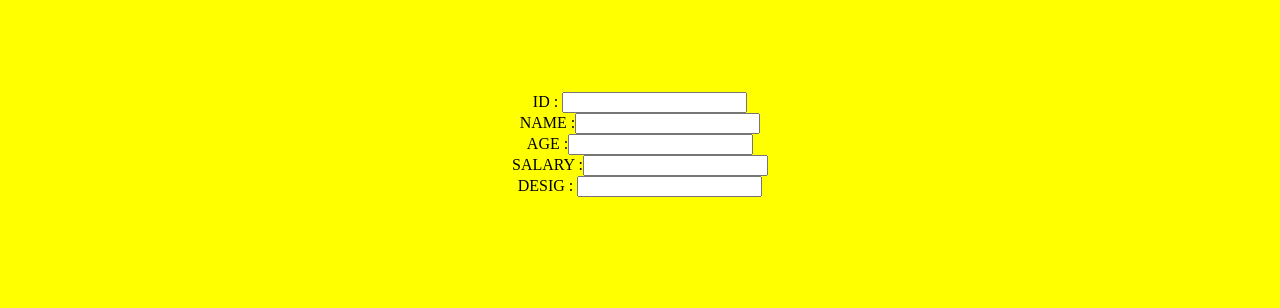
Repository: Thaneshwara848/MyHibernate
Page: ServlerDemo1/src/main/webapp/Register.html
These files come from the project's save history. The page is drawn as it stood at one moment and after the next save; the edit follows.
The browser window is 1280 px wide. The pictures show the whole page.

Above is the page before, as saved 2022-11-02 17:05:21.

### ServlerDemo1/src/main/webapp/Register.html
<!DOCTYPE html>
<html>
<head>
<meta charset="UTF-8">
<title>Insert title here</title>
</head>
<body bgcolor="yellow">
<marquee onmouseover="stop()" onmouseout="start()">
<h1 style="color: red">HI Welcome to WebApplcation </h1>
</marquee>
	<center>
		<form action="">
		ID : <input type="text" name="uid"><br>
		NAME :<input type="text" name="uname"><br>
		AGE :<input type="text" name="uage"><br>
		SALARY  :<input type="text" name="usalary"><br>
		DESIG : <input type="text" name="udesig"><br>



		</form>
	</center>
</body>
</html>

After the next save:
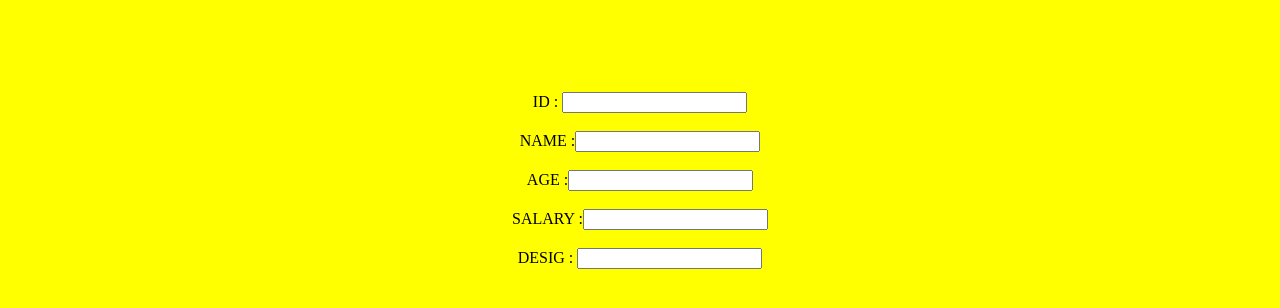
Saved 18 s later.
--- a/ServlerDemo1/src/main/webapp/Register.html
+++ b/ServlerDemo1/src/main/webapp/Register.html
@@ -10,11 +10,11 @@
 </marquee>
 	<center>
 		<form action="">
-		ID : <input type="text" name="uid"><br>
-		NAME :<input type="text" name="uname"><br>
-		AGE :<input type="text" name="uage"><br>
-		SALARY  :<input type="text" name="usalary"><br>
-		DESIG : <input type="text" name="udesig"><br>
+		ID : <input type="text" name="uid"><br><br>
+		NAME :<input type="text" name="uname"><br><br>
+		AGE :<input type="text" name="uage"><br><br>
+		SALARY  :<input type="text" name="usalary"><br><br>
+		DESIG : <input type="text" name="udesig"><br><br>
 
 
 
